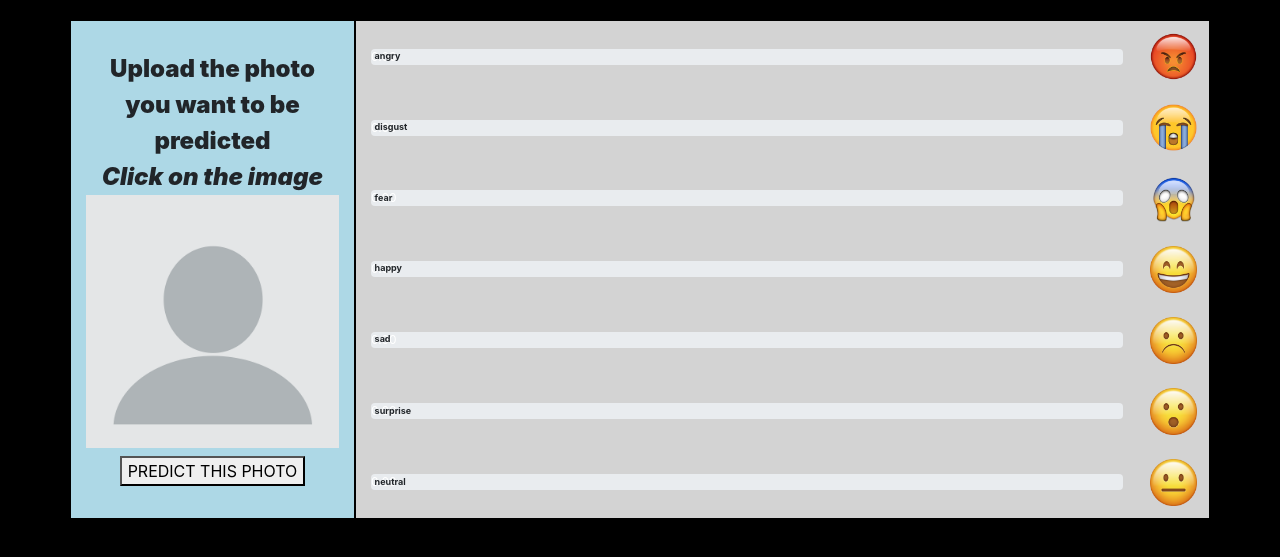
Repository: Jermaniac/TrabajoFinGradoGerman
Page: / (app in webprojectREACT/webexpresssionproject/)
An editor plug-in stored every save of this project. The page is shown before and after the next save, followed by the edit.
The browser window is 1280 px wide. The pictures show the whole page.
The project was rebuilt for these pictures with package versions that can differ from the ones it lists, and the page was loaded fresh each time.

Above is the page before, as saved 2021-05-05 13:28:16.

### webprojectREACT/webexpresssionproject/public/index.html
<!DOCTYPE html>
<html lang="en">
  <head>
    <meta charset="utf-8" />
    <link rel="icon" href="%PUBLIC_URL%/favicon.ico" />
    <meta name="viewport" content="width=device-width, initial-scale=1" />
    <meta name="theme-color" content="#000000" />
    <meta
      name="description"
      content="Web site created using create-react-app"
    />
    <title>Expression App</title>
  </head>
  <body>
    <div id="root"></div>
  </body>
</html>

### webprojectREACT/webexpresssionproject/src/index.js
import React from 'react';
import ReactDOM from 'react-dom';
import App from './components/App';
import './index.css'
// Bootstrap support for React
import 'bootstrap/dist/css/bootstrap.min.css'

import { configureStore } from './redux/configureStore'
import { Provider } from 'react-redux';

const store= configureStore();

const Root = (
  <Provider store={store}>
    <App />
  </Provider>
);

const rootElement = document.getElementById('root');

ReactDOM.render(
  Root,
  rootElement
);

### webprojectREACT/webexpresssionproject/src/components/App.jsx
import React from 'react'

import InfoExpressions from './InfoComponent'

import '../styles/App.css'
import { changeExpressions, changePhoto } from '../redux/actionCreators';

import { connect } from 'react-redux'
import FormComponent from './FormComponent';

const mapStateToProps = state => {
  return {
    expressions: state.expressions,
    photo: state.photo
  }
};

const mapDispatchToProps = dispatch => ({
  changeExpressions: (expressions) => dispatch(changeExpressions(expressions)),
  changePhoto: (photo) => dispatch(changePhoto(photo))
});

class App extends React.Component {

  render () {
    return (
        <div className="container">
          <div className="row">
              <FormComponent changeExpressions={this.props.changeExpressions}
              changePhoto={this.props.changePhoto}
              photo={this.props.photo}
              ></FormComponent>
              <InfoExpressions  expressions={this.props.expressions} ></InfoExpressions>
          </div>
        </div>
    );
  }

}

export default ( connect ( mapStateToProps, mapDispatchToProps )( App ))

### webprojectREACT/webexpresssionproject/src/redux/configureStore.js

import { createStore, combineReducers} from 'redux';
import { expressions } from './expressions'
import { photo } from './photo'

const combination = combineReducers({
    expressions,
    photo
});

export const configureStore = () => {

    const store = createStore(
        combination,
        // activate redux dev tools in browser
        window.__REDUX_DEVTOOLS_EXTENSION__ && window.__REDUX_DEVTOOLS_EXTENSION__()

    );

    return store;
}

### webprojectREACT/webexpresssionproject/src/components/InfoComponent.jsx
import React from 'react';
import '../styles/InfoComponent.css'

function InfoComponent({ expressions, photo }) {

  if (expressions) {
    let expressionsFormatted = formatProbabilities(expressions);

    return (
    <div className="col-12 col-md-8 col-lg-9" id="info">
        {
        expressionsFormatted.map((expression) => {
          let emojiSrc = `./assets/images/emoji_${expression.mood}.png`;
          return (
            <div className="row" key={expression.mood}>
              <div className="col-11">
                <div className="progress">
                  <div
                    id="barra"
                    className="progress-bar"
                    aria-valuemin="0"
                    aria-valuemax="100"
                    style={{ width: expression.probability + "%" }}
                  >
                    {expression.probability}
                  </div>
                  <span className="badge">{expression.mood}</span>
                </div>
              </div>
              <div className="col-1" id="imageEmoji">
                <img
                  src={emojiSrc}
                  alt="emoji"
                ></img>
              </div>
            </div>
          );
        })
        }
      </div>
    // <div></div>
    );
  } else {
    return (
          <div>
          </div>
    );
  }
}

function formatProbabilities(expressions){
    return expressions.map( (expression) => {
        return  {
            mood: expression.mood,
            probability: (expression.probability * 100).toFixed(2)
        }

    })

}

export default InfoComponent;

### webprojectREACT/webexpresssionproject/src/styles/App.css
.container {
    padding: 20px;
}

### webprojectREACT/webexpresssionproject/src/redux/actionCreators.js
import * as ActionTypes from './actionTypes'

export const changeExpressions = (expressions) => ({
    type: ActionTypes.CHANGE_EXPRESSIONS,
    payload: {
        expressions: expressions
    }
});

export const changePhoto = (photo) => ({
    type: ActionTypes.CHANGE_PHOTO,
    payload: {
        photoUrl: URL.createObjectURL(photo)
    }
})

### webprojectREACT/webexpresssionproject/src/components/FormComponent.jsx
import { useState } from 'react';
import ImageUploadService from '../services/image-upload.service';
import '../styles/FormComponent.css'

function FormComponent({ changeExpressions, changePhoto, photo }) {

  const [getPhotoFile, setPhotoFile] = useState();

  const selectPhoto = (event) => {
    const photoSelect = event.target.files[0];
    setPhotoFile(photoSelect);
    changePhoto(photoSelect);
  };

  const requestPredict = () => {
    ImageUploadService.getMood(getPhotoFile).then((response) => {
      if (response) {
        console.log("Call API success!");
        changeExpressions(response.expressions);
      } else {
        console.log("Call API failed.");
      }
    });
  };

  return (
    <div className="col-12 col-md-4 col-lg-3" id="form">
      <div className="row">
        <div id="title">Upload the photo you want to be predicted</div>
      </div>
      <div className="row">
        <div id="instruction">Click on the image</div>
      </div>
      <div className="row">
        <label htmlFor="photo">
          <input
            type="file"
            name="photo"
            id="photo"
            accept="image/*"
            style={{ display: "none" }}
            onChange={selectPhoto}
          ></input>
          <img src={photo.photoUrl} alt="blankPic"></img>
        </label>
      </div>
      <div className="row">
        <button id="buttonSubmit" onClick={requestPredict}>
          PREDICT THIS PHOTO
        </button>
      </div>
    </div>
  );
}

export default FormComponent;

### webprojectREACT/webexpresssionproject/src/redux/expressions.js
import { EXPRESSIONS } from '../shared/expressions';
import * as ActionTypes from './actionTypes'

export const expressions = ( state = EXPRESSIONS, action ) => {
    switch (action.type) {
        case ActionTypes.CHANGE_EXPRESSIONS:
            let expressions = action.payload.expressions;
            return expressions;
        default:
            return state;
    }
};

### webprojectREACT/webexpresssionproject/src/redux/photo.js
import { PHOTO } from '../shared/photo';
import * as ActionTypes from './actionTypes'

export const photo = ( state = PHOTO, action ) => {
    switch (action.type) {
        case ActionTypes.CHANGE_PHOTO:
            let photo = action.payload;
            return photo;
        default:
            return state;
    }
};

### webprojectREACT/webexpresssionproject/src/styles/InfoComponent.css
.container-fluid {
    display: grid;
}
.col-11 {
    align-self: center;
}

#imageEmoji {
    padding: 12px;
}

#info {
    background-color: lightgrey;
    display: grid;
    border: 1px solid black;
}

### webprojectREACT/webexpresssionproject/src/redux/actionTypes.js
export const CHANGE_EXPRESSIONS = 'CHANGE_EXPRESSIONS'
export const CHANGE_PHOTO = 'CHANGE_PHOTO'

### webprojectREACT/webexpresssionproject/src/services/image-upload.service.js

const keyFile = "photo";
const urlApi =  "http://ec2-3-235-24-57.compute-1.amazonaws.com:9004/getMood";

class ImageUploadService {

  getMood(file) {

    const formData = new FormData();
    formData.append(keyFile, file);

    return fetch(urlApi, {
      method: "POST",
      body: formData,
    })
      .then((response) => response.json())
      .then((data) => {
        return data;
      })
      .catch((error) => console.error(error));
  }

}

export default new ImageUploadService();

### webprojectREACT/webexpresssionproject/src/styles/FormComponent.css

#form {
    background-color: lightblue;
    padding:30px;
    border: 1px solid black;
}

#form > .row {
    justify-content: center;
    text-align: center;
}

#form > .row > div{
    font-weight: 900;
    font-size: x-large;
}
#form > .row > #title{
    font-style: initial;
}
#form >.row > #instruction{
    font-style: italic;
}

img {
    width: 100%;
}

### webprojectREACT/webexpresssionproject/src/shared/expressions.js
export const EXPRESSIONS =
    [
        {
            mood: "angry",
            probability: 0.0
        },
        {
            mood: "disgust",
            probability: 0.0
        },
        {
            mood: "fear",
            probability: 0.0
        },
        {
            mood: "happy",
            probability: 0.0
        },
        {
            mood: "sad",
            probability: 0.0
        },
        {
            mood: "surprise",
            probability: 0.0
        },
        {
            mood: "neutral",
            probability: 0.0
        }
];

### webprojectREACT/webexpresssionproject/src/shared/photo.js
export const PHOTO =
    {
        photoUrl: "assets/images/blankPhoto.png"
    }

Loaded but not shown: webprojectREACT/webexpresssionproject/src/index.css (common file)

After the next save:
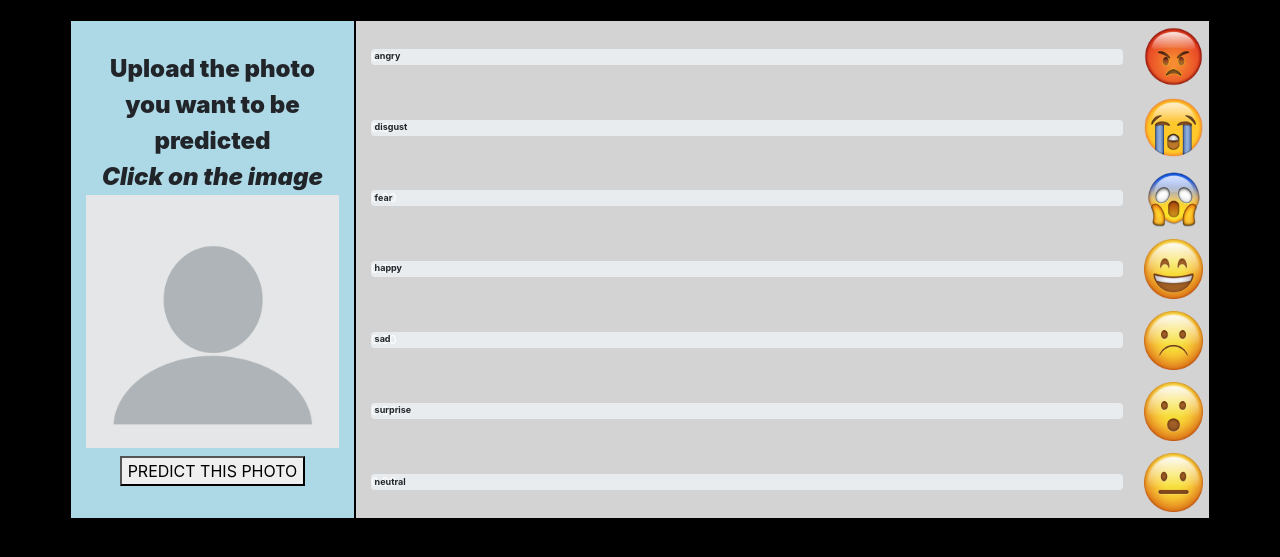
Saved 15 s later.
--- a/webprojectREACT/webexpresssionproject/src/styles/InfoComponent.css
+++ b/webprojectREACT/webexpresssionproject/src/styles/InfoComponent.css
@@ -6,7 +6,7 @@
 }
 
 #imageEmoji {
-    padding: 12px;
+    padding: 6px;
 }
 
 #info {
